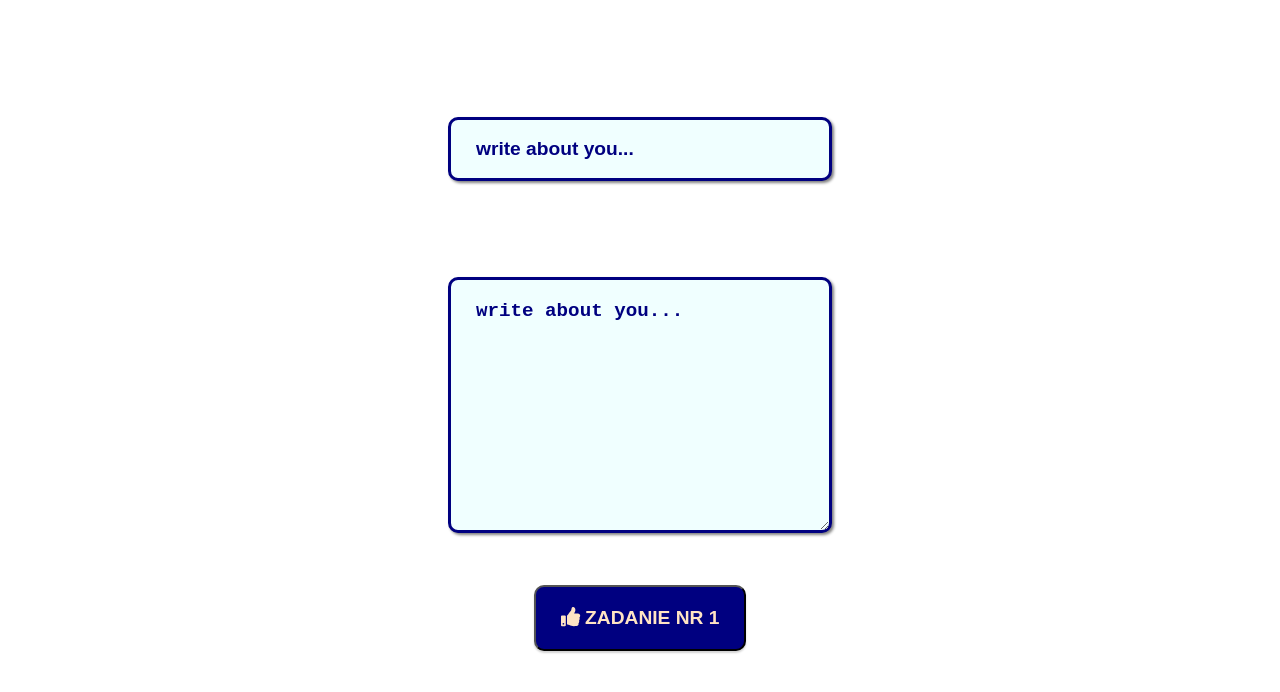
Repository: KrzysKolo/sr_tydzien3_zad_1_2_3
Page: /
The author's editor kept a copy of each file at every save. The page is drawn from the files as they stood at one save, then again after the next save.
The browser window is 1280 px wide. The pictures show the whole page.
The project was rebuilt for these pictures with package versions that can differ from the ones it lists, and the page was loaded fresh each time.

Above is the page before, as saved 2020-11-02 17:03:16.

### src/App.js
import React,  { Component } from 'react';
import Button from './components/Form/Button';
import Textarea from './components/Form/Textarea';
import Input from './components/Form/Input';
import { faThumbsUp } from "@fortawesome/free-solid-svg-icons";
import './App.css';

class App extends Component {
  state = {  }

  render() {

    return (
      <div className="app">
        <Input bgColor="azure" color="navy" borderSize="3px" borderRadius="10px" borderColor="navy" value="write about you..." />
        <Textarea bgColor="azure" color="navy" borderSize="3px" borderRadius="10px" borderColor="navy" value="write about you..." />
        <Button  bgColor="navy" color="bisque" label="Zadanie nr 1" icon={faThumbsUp}/>
      </div>
     );
  }
}

export default App;

### src/components/Form/Button.js
import React from 'react';
import styled from 'styled-components';
import { FontAwesomeIcon } from '@fortawesome/react-fontawesome';
import { faAngellist } from '@fortawesome/free-brands-svg-icons';

const Button = ({label, color, bgColor, icon}) => {
    const Button = styled.button`
    background-color: ${[bgColor]};
    border-radius: 10px;
    box-shadow: 0px 2px 2px lightgray;
    color: ${[color]};
    cursor: pointer;
    font-weight: bold;
    font-size: 1.2rem;
    outline: 0;
    padding: 20px 25px;
    text-transform: uppercase;
    transition: ease background-color, color 0.6s;
    &:hover {
        background-color: ${[color]};
        color: ${[bgColor]};
    }
    `;
    return (

        <div>
            <Button >
                <FontAwesomeIcon icon={icon} /> {label}
            </Button>
        </div>
     );
}
Button.defaultProps = {
    bgColor: "#1B1464",
    color: "#FFC312",
    label: "Click me",
    icon: faAngellist,
}

export default Button;

### src/components/Form/Textarea.js
import React from 'react';
import styled from 'styled-components';


const Textarea = ({value, color, bgColor, borderSize, borderRadius, borderColor}) => {
    const Textarea = styled.textarea`
    background-color: ${bgColor};
    border-radius: ${borderRadius};
    border: ${borderSize} solid ${borderColor};;
    box-shadow: 2px 2px 3px grey;
    color: ${color};
    font-weight: bold;
    font-size: 1.2rem;
    height: 20vw;
    margin: 3rem auto;
    outline: 0;
    padding: 20px 25px;
    width: 30vw;
    `;
    return (

        <div>
            <Textarea value={ value }/>
        </div>
     );
}
Textarea.defaultProps = {
    bgColor: "beige",
    border: "3px solid olive",
    borderRadius: "15px",
    color: "midnightblue",
    value: "write...",
    }

export default Textarea;

### src/components/Form/Input.js
import React from 'react';
import styled from 'styled-components';


const Input = ({value, color, bgColor, borderSize, borderRadius, borderColor}) => {
    const Input = styled.input`
    background-color: ${bgColor};
    border-radius: ${borderRadius};
    border: ${borderSize} solid ${borderColor};;
    box-shadow: 2px 2px 3px grey;
    color: ${color};
    font-weight: bold;
    font-size: 1.2rem;
    height: 5vw;
    margin: 3rem auto;
    outline: 0;
    padding: 20px 25px;
    width: 30vw;
    `;
    return (

        <div>
            <Input value={ value }/>
        </div>
     );
}
Input.defaultProps = {
    bgColor: "beige",
    border: "3px solid olive",
    borderRadius: "15px",
    color: "midnightblue",
    value: "write...",
    }

export default Input;

### src/App.css
* {
  padding: 0;
  margin: 0;
  box-sizing: border-box;
}
.app {
  display: flex;
  flex-direction: column;
  justify-content: center;
  align-items: center;
  height: 100vh;
}

Loaded but not shown: public/index.html (common file); src/index.js (common file); src/index.css (common file)

After the next save:
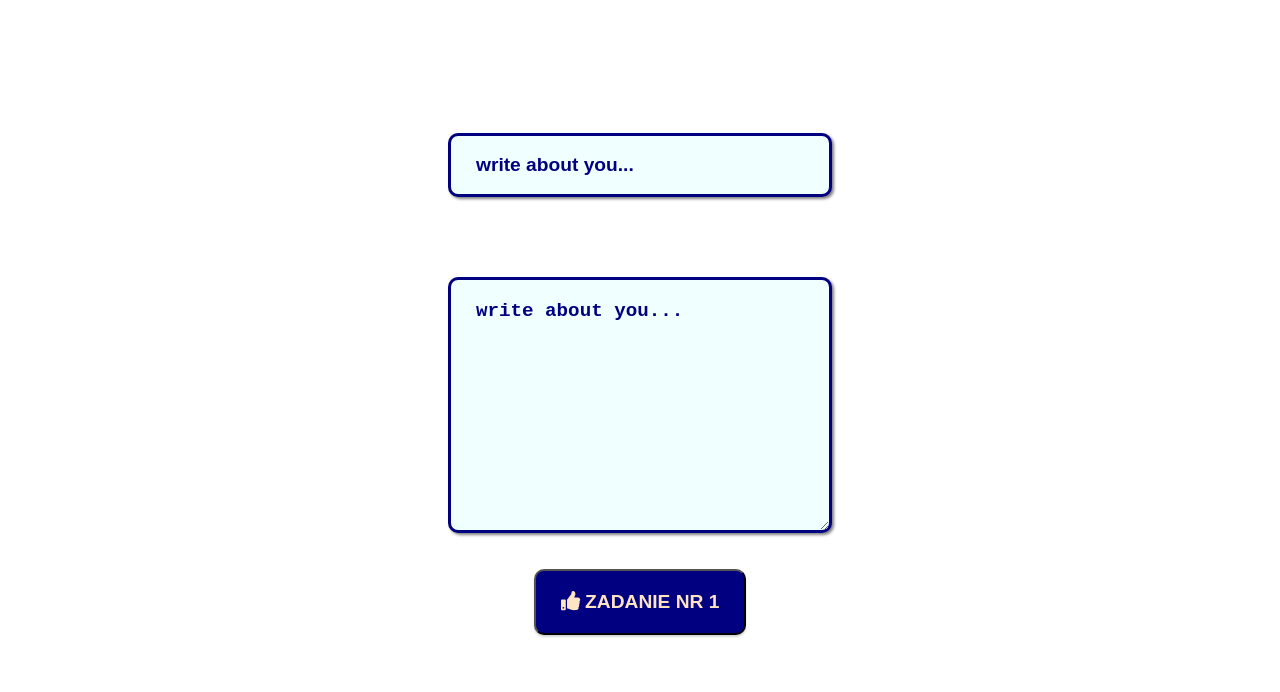
Saved 27 s later.
--- a/src/components/Form/Textarea.js
+++ b/src/components/Form/Textarea.js
@@ -12,7 +12,7 @@ const Textarea = ({value, color, bgColor, borderSize, borderRadius, borderColor}
     font-weight: bold;
     font-size: 1.2rem;
     height: 20vw;
-    margin: 3rem auto;
+    margin: 2rem auto;
     outline: 0;
     padding: 20px 25px;
     width: 30vw;
